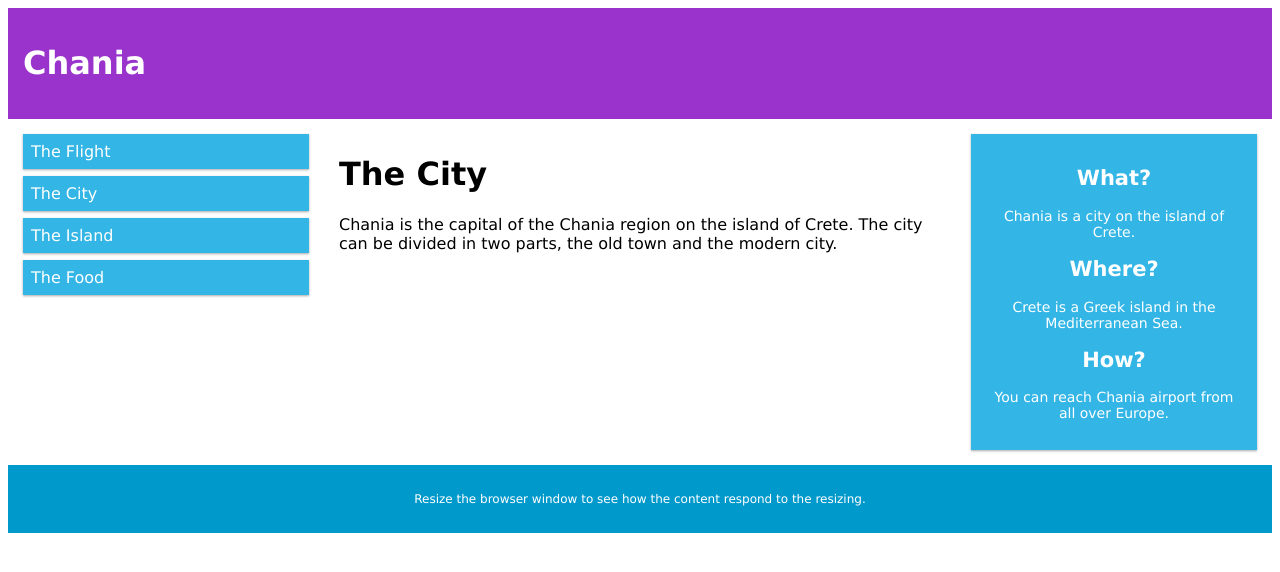
Repository: BalajiChevuru81/Cognizant-oxygen
Page: def/WebContent/NewFile.html
These files come from the project's save history. The page is drawn as it stood at one moment and after the next save; the edit follows.
The browser window is 1280 px wide. The pictures show the whole page.

Above is the page before, as saved 2020-01-18 11:39:29.

After the next save:
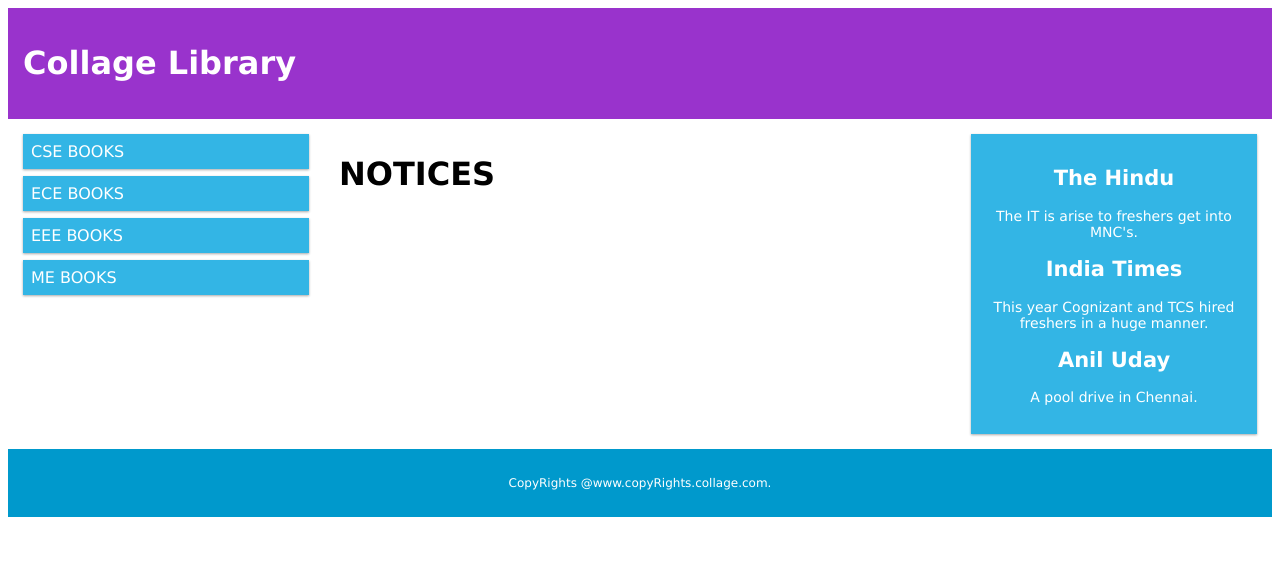
Saved 6 s later.
--- a/def/WebContent/NewFile.html
+++ b/def/WebContent/NewFile.html
@@ -103,38 +103,39 @@ html {
 <body>
 
 <div class="header">
-  <h1>Chania</h1>
+  <h1>Collage Library</h1>
 </div>
 
 <div class="row">
   <div class="col-3 col-s-3 menu">
     <ul>
-      <li>The Flight</li>
-      <li>The City</li>
-      <li>The Island</li>
-      <li>The Food</li>
+      <li>CSE BOOKS</li>
+      <li>ECE BOOKS</li>
+      <li>EEE BOOKS</li>
+      <li>ME BOOKS</li>
     </ul>
   </div>
 
   <div class="col-6 col-s-9">
-    <h1>The City</h1>
-    <p>Chania is the capital of the Chania region on the island of Crete. The city can be divided in two parts, the old town and the modern city.</p>
+    <h1>NOTICES</h1>
+    <marquee><i>Today new stock</i>i> has arrives for <b>Electronical dept</b> </marquee>
+     <marquee><i>Today new stock</i>i> has arrives for <b>Computer Science dept</b> </marquee>
   </div>
 
   <div class="col-3 col-s-12">
     <div class="aside">
-      <h2>What?</h2>
-      <p>Chania is a city on the island of Crete.</p>
-      <h2>Where?</h2>
-      <p>Crete is a Greek island in the Mediterranean Sea.</p>
-      <h2>How?</h2>
-      <p>You can reach Chania airport from all over Europe.</p>
+      <h2>The Hindu</h2>
+      <p>The IT is arise to freshers get into MNC's.</p>
+      <h2>India Times</h2>
+      <p>This year Cognizant and TCS hired freshers in a huge manner.</p>
+      <h2>Anil Uday</h2>
+      <p>A pool drive in Chennai.</p>
     </div>
   </div>
 </div>
 
 <div class="footer">
-  <p>Resize the browser window to see how the content respond to the resizing.</p>
+  <p>CopyRights @www.copyRights.collage.com.</p>
 </div>
 
 </body>
